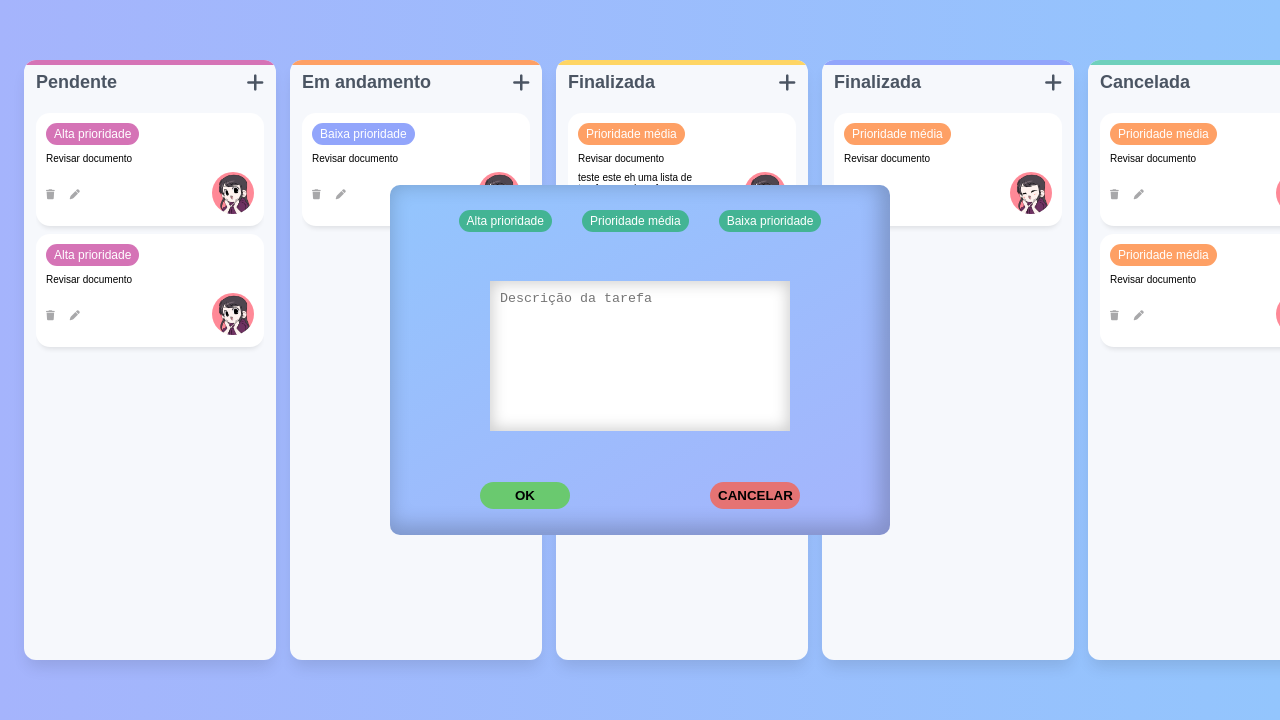
Repository: Marinalr-25/ProjetoToDoList
Page: index.html
An editor plug-in stored every save of this project. The page is shown before and after the next save, followed by the edit.
The browser window is 1280 px wide. The pictures show the whole page.
Some web fonts or font styles are not loaded; a fallback is used. Some web libraries are served in a nearby version.

Above is the page before, as saved 2024-11-01 11:59:14.

### index.html
<!DOCTYPE html>
<html lang="pt-BR">
  <head>
    <meta charset="UTF-8" />
    <meta name="viewport" content="width=device-width, initial-scale=1.0" />
    <link rel="preconnect" href="https://fonts.googleapis.com" />
    <link rel="preconnect" href="https://fonts.gstatic.com" crossorigin />
    <link
      href="https://fonts.googleapis.com/css2?family=Playpen+Sans:wght@100..800&family=Roboto:ital,wght@0,100;0,300;0,400;0,500;0,700;0,900;1,100;1,300;1,400;1,500;1,700;1,900&display=swap"
      rel="stylesheet"
    />
    <link
      rel="stylesheet"
      href="https://cdnjs.cloudflare.com/ajax/libs/font-awesome/6.6.0/css/all.min.css"
      integrity="sha512-Kc323vGBEqzTmouAECnVceyQqyqdsSiqLQISBL29aUW4U/M7pSPA/gEUZQqv1cwx4OnYxTxve5UMg5GT6L4JJg=="
      crossorigin="anonymous"
      referrerpolicy="no-referrer"
    />
    <link rel="stylesheet" href="css/style.css" />
    <title>Suas tarefas</title>
  </head>
  <body>
    <main class="kanban">
      <!-- coluna 1 -->
      <div class="kanban-column" data-id="1">
        <div class="kanban-title">
          <h2>Pendente</h2>
          <button class="add-card"><i class="fa-solid fa-plus"></i></button>
        </div>
        <div class="kanban-cards">
          <div class="kanban-card" draggable="true">
            <div class="badge high">
              <span>Alta prioridade</span>
            </div>
            <p class="card-title">Revisar documento</p>
            <div class="card-infos">
              <div class="card-icons">
                <p>
                  <i class="fa-solid fa-trash"></i>
                </p>
                <p>
                  <i class="fa-solid fa-pen"></i>
                </p>
              </div>
              <div class="user">
                <img src="images/iconePerfil1.png" alt="avatar1" />
              </div>
            </div>
          </div>
          <div class="kanban-card" draggable="true">
            <div class="badge high">
              <span>Alta prioridade</span>
            </div>
            <p class="card-title">Revisar documento</p>
            <div class="card-infos">
              <div class="card-icons">
                <p>
                  <i class="fa-solid fa-trash"></i>
                </p>
                <p>
                  <i class="fa-solid fa-pen"></i>
                </p>
              </div>
              <div class="user">
                <img src="images/iconePerfil1.png" alt="avatar1" />
              </div>
            </div>
          </div>
        </div>
      </div>
      <!-- coluna 2 -->
      <div class="kanban-column" data-id="2">
        <div class="kanban-title">
          <h2>Em andamento</h2>
          <button class="add-card"><i class="fa-solid fa-plus"></i></button>
        </div>
        <div class="kanban-cards">
          <div class="kanban-card" draggable="true">
            <div class="badge low">
              <span>Baixa prioridade</span>
            </div>
            <p class="card-title">Revisar documento</p>
            <div class="card-infos">
              <div class="card-icons">
                <p>
                  <i class="fa-solid fa-trash"></i>
                </p>
                <p>
                  <i class="fa-solid fa-pen"></i>
                </p>
              </div>
              <div class="user">
                <img src="images/iconePerfil2.png" alt="avatar2" />
              </div>
            </div>
          </div>
        </div>
      </div>
      <!-- coluna 3 -->
      <div class="kanban-column" data-id="3">
        <div class="kanban-title">
          <h2>Finalizada</h2>
          <button class="add-card"><i class="fa-solid fa-plus"></i></button>
        </div>
        <div class="kanban-cards">
          <div class="kanban-card" draggable="true">
            <div class="badge medium">
              <span>Prioridade média</span>
            </div>
            <p class="card-title">Revisar documento</p>
            <div class="card-infos">
              teste este eh uma lista de tarefas que devo fazer mas se caso tiver mais linhas oq fazer
              <div class="card-icons">
                <p>
                  <i class="fa-solid fa-trash"></i>
                </p>
                <p>
                  <i class="fa-solid fa-pen"></i>
                </p>
              </div>
              <div class="user">
                <img src="images/iconePerfil2.png" alt="avatar2" />
              </div>
            </div>
          </div>
        </div>
      </div>
      <!-- coluna 4 -->
      <div class="kanban-column" data-id="4">
        <div class="kanban-title">
          <h2>Finalizada</h2>
          <button class="add-card"><i class="fa-solid fa-plus"></i></button>
        </div>
        <div class="kanban-cards">
          <div class="kanban-card" draggable="true">
            <div class="badge medium">
              <span>Prioridade média</span>
            </div>
            <p class="card-title">Revisar documento</p>
            <div class="card-infos">
              <div class="card-icons">
                <p>
                  <i class="fa-solid fa-trash"></i>
                </p>
                <p>
                  <i class="fa-solid fa-pen"></i>
                </p>
              </div>
              <div class="user">
                <img src="images/iconePerfil2.png" alt="avatar2" />
              </div>
            </div>
          </div>
        </div>
      </div>
      <!-- coluna 5 -->
      <div class="kanban-column" data-id="5">
        <div class="kanban-title">
          <h2>Cancelada</h2>
          <button class="add-card"><i class="fa-solid fa-plus"></i></button>
        </div>
        <div class="kanban-cards">
          <div class="kanban-card" draggable="true">
            <div class="badge medium">
              <span id="propriedadeSelecionada">Prioridade média</span>
            </div>
            <p class="card-title">Revisar documento</p>
            <div class="card-infos">
              <div class="card-icons">
                <p>
                  <i class="fa-solid fa-trash"></i>
                </p>
                <p>
                  <i class="fa-solid fa-pen"></i>
                </p>
              </div>
              <div class="user">
                <img src="images/iconePerfil2.png" alt="avatar2" />
              </div>
            </div>
          </div>
          <div class="kanban-card" draggable="true">
            <div class="badge medium">
              <span id="propriedadeSelecionada">Prioridade média</span>
            </div>
            <p class="card-title">Revisar documento</p>
            <div class="card-infos">
              <div class="card-icons">
                <p>
                  <i class="fa-solid fa-trash"></i>
                </p>
                <p>
                  <i class="fa-solid fa-pen"></i>
                </p>
              </div>
              <div class="user">
                <img src="images/iconePerfil2.png" alt="avatar2" />
              </div>
            </div>
          </div>
        </div>
      </div>

      <div class="adicionando">
        <div class="opcoes">
          <div class="custom_radio">
            <input
              type="radio"
              name="prioridade"
              id="alta_prioridade"
              placeholder="Alta prioridade"
            />
            <label for="alta_prioridade">Alta prioridade</label>
          </div>
          <div class="custom_radio">
            <input
              type="radio"
              name="prioridade"
              id="media_prioridade"
              placeholder="Alta prioridade"
            />
            <label for="media_prioridade">Prioridade média </label>
          </div>
          <div class="custom_radio">
            <input
              type="radio"
              name="prioridade"
              id="baixa_prioridade"
              placeholder="Alta prioridade"
            />
            <label for="baixa_prioridade">Baixa prioridade</label>
          </div>
      </div>
      <div class="descricao">
        <textarea placeholder="Descrição da tarefa" name="caixa_texto" id="caixa_texto" class="caixa_texto"></textarea>
      </div>
      <div class="buttons">
        <button class=" botao okButton">Ok</button>
        <button class=" botao cancelarButton">Cancelar</button>
      </div>
    </main>
    <script src="javascript/script.js"></script>
  </body>
</html>

### css/style.css
* {
  padding: 0;
  margin: 0;
  box-sizing: border-box;
}

*::-webkit-scrollbar {
  width: 0.8rem;
}

*::-webkit-scrollbar-track {
  background-color: #eaeffa;
  border-radius: 0.8rem;
}
*::-webkit-scrollbar-thumb {
  background-color: #b7d3fb;
  border-radius: 2rem;
}

html {
  font-size: 62.5%;
}

body {
  font-family: 'Playpen Sans', sans-serif;
  min-height: 100vh;
  display: flex;
  justify-content: center;
  align-items: center;
  background: linear-gradient(90deg, #a5b4fc, #93c5fd);
}

.kanban {
  display: flex;
  gap: 1.4rem;
  padding: 2.4rem;
  width: 100%;
  height: 90vh;
  overflow-x: auto;
}

.kanban-column {
  display: flex;
  flex-direction: column;
  gap: 1.8rem;
  height: 100%;
  overflow-y: auto;
  background-color: #f6f8fc;
  border-radius: 1.2rem;
  box-shadow: 0 1rem 1.5rem -0.3rem rgba(0, 0, 0, 0.1);
  padding: 1.2rem;
  overflow: hidden;
  min-width: 25.2rem;
  position: relative;

  &::after {
    position: absolute;
    content: '';
    top: 0;
    left: 0;
    height: 0.5rem;
    width: 100%;
  }
  &[data-id='1']::after {
    background-color: #d573b6;
  }
  &[data-id='2']::after {
    background-color: #fea065;
  }
  &[data-id='3']::after {
    background-color: #fed565;
  }
  &[data-id='4']::after {
    background-color: #92a5fb;
  }
  &[data-id='5']::after {
    background-color: #6ed0bc;
  }
}

.kanban-title {
  display: flex;
  justify-content: space-between;

  & h2 {
    font-size: 1.8rem;
    color: #4b5563;
    font-weight: 600;
  }
}

.add-card {
  color: #4b5563;
  font-size: 2rem;
  background-color: transparent;
  cursor: pointer;
  border: none;
}

.kanban-cards {
  display: flex;
  flex-direction: column;
  gap: 0.8rem;
  height: 100%;
  overflow-x: hidden;
  overflow-y: auto;
}

.kanban-card {
  display: flex;
  flex-direction: column;
  gap: 0.8rem;
  background-color: #ffffff;
  padding: 1rem;
  border-radius: 1.4rem;
  box-shadow: 0 0.5rem 0.5rem -0.3rem rgba(0, 0, 0, 0.1);
  cursor: pointer;
}

.badge {
  color: #ffffff;
  width: fit-content;
  font-size: 1.2rem;
  padding: 0.4rem 0.8rem;
  border-radius: 1.2rem;

  &.high {
    background-color: #d573b6;
  }
  &.medium {
    background-color: #fea065;
  }
  &.low {
    background-color: #92a5fb;
  }
}

.dragging {
  opacity: 0.5;
}

.card-infos {
  display: flex;
  justify-content: space-between;
  align-items: center;
  gap: 0.8rem;
}
.card-icons {
  display: flex;
  gap: 1.5rem;
  & i {
    color: #a8a8aa;
  }
}

.cards-hover {
  background-color: #eaeffa;
  border-radius: 0.8rem;
}

.user img {
  width: 4.2rem;
  height: 4.2rem;
  border-radius: 100%;
  object-fit: cover;
}

.adicionando {
  padding: 2rem;
  display: flex;
  flex-direction: column;
  justify-content: space-between;
  gap: 3.5rem;
  position: fixed;
  top: 50%;
  left: 50%;
  transform: translate(-50%, -50%);
  width: 50rem;
  height: 35rem;
  border-radius: 1rem;
  box-shadow: inset -0.5rem -0.5rem 2rem 0.5rem rgba(0, 0, 0, 0.2);
  background: linear-gradient(150deg, #93c5fd, #a5b4fc);
}

.opcoes {
  display: flex;
  justify-content: center;
  gap: 2rem;
}

.custom_radio input[type='radio'] {
  display: none;
}

.custom_radio label {
  display: inline-block;
  margin: 0.5rem;
  cursor: pointer;
  transition: all 0.2s ease;
  background-color: #43b494;
  color: #ffffff;
  width: fit-content;
  font-size: 1.2rem;
  padding: 0.4rem 0.8rem;
  border-radius: 1.2rem;
}

.custom_radio input[type='radio']:checked + label {
  box-shadow: 0 0.5rem 0.5rem 0.2rem rgba(0, 0, 0, 0.2);
}

label:hover {
  transform: scale(1.1);
}

#alta_prioridade:checked + label {
  background-color: #d573b6; /* Vermelho para alta prioridade */
}

#media_prioridade:checked + label {
  background-color: #fea065; /* Amarelo para média prioridade */
}

#baixa_prioridade:checked + label {
  background-color: #92a5fb; /* Verde para baixa prioridade */
}

.custom-radio input[type='radio']:checked {
  transform: scale(1.1);
}

.descricao {
  display: flex;
  justify-content: center;
}
.caixa_texto {
  width: 30rem;
  height: 15rem;
  padding: 1rem;
  border: 0;
  resize: none;
  box-shadow: inset 0 0 1.5rem 0.2rem #00000033;
}

.caixa_texto::placeholder {
  text-align: start;
}

.caixa_texto:focus {
  outline: none;
  box-shadow: inset 0 0 1.5rem 0.2rem transparent;
  border: 2px solid #998fe8;
}

.buttons {
  display: flex;
  justify-content: space-around;
  height: 4rem;
  align-items: center;
}

.botao {
  text-transform: uppercase;
  font-weight: 600;
  border: 0;
  border-radius: 5rem;
  padding: 0.6rem 0.8rem;
  width: 9rem;
  box-shadow: 0 0.5rem 0.5rem 0.2rem rgba(0, 0, 0, 0.2);
}

.okButton {
  background-color: #6ac96f;
  box-shadow: inset 0 0.5rem 0.5rem 0.2rem transparent;
  transition: all 0.3s ease;
  &:hover {
    box-shadow: inset 0.2rem -0.5rem 1rem 0.1rem #52b957;
    transform: scale(1.1);
  }
}
.cancelarButton {
  background-color: #e57373;
  box-shadow: inset 0 0.5rem 0.5rem 0.2rem transparent;
  transition: all 0.3s ease;
  &:hover {
    box-shadow: inset 0.2rem -0.5rem 1rem 0.1rem #d63d3d;
    transform: scale(1.1);
  }
}

### javascript/script.js
document.addEventListener('DOMContentLoaded', function () {
  const cards = document.querySelectorAll('.kanban-card');
  const colunas = document.querySelectorAll('.kanban-cards');
  const mais = document.querySelectorAll('.fa-solid.fa-plus');
  const cancelar = document.querySelector('.cancelarButton');
  const ok = document.querySelector('.okButton');
  const adicionando = document.querySelector('.adicionando');
  const textarea = document.querySelector('.caixa_texto');
  const kanbanCards = document.querySelector('.kanban-cards');

  let dragCard = null;

  function addDragEvents(card) {
    card.addEventListener('dragstart', (e) => {
      dragCard = card;
      e.currentTarget.classList.add('dragging');
    });
    card.addEventListener('dragend', (e) => {
      e.currentTarget.classList.remove('dragging');
      dragCard = null;
    });
  }
  cards.forEach((card) => addDragEvents(card));

  colunas.forEach((coluna) => {
    coluna.addEventListener('dragover', (e) => {
      e.preventDefault();
      e.currentTarget.classList.add('cards-hover');
    });
    coluna.addEventListener('dragleave', (e) => {
      e.currentTarget.classList.remove('cards-hover');
    });
    coluna.addEventListener('drop', (e) => {
      e.preventDefault();
      e.currentTarget.classList.remove('cards-hover');
      if (dragCard) {
        e.currentTarget.appendChild(dragCard);
      }
    });
  });

  const radios = document.querySelectorAll('input[name="prioridade"]');

  radios.forEach((radio) => {
    radio.addEventListener('change', () => {
      if (radio.checked) {
        const selecionadoPrioridade = radio.nextElementSibling.textContent;
      }
    });
  });

  mais.forEach((adicionar) => {
    adicionar.addEventListener('click', function () {
      adicionando.style.display = 'flex';
    });
  });

  textarea.addEventListener('blur', function () {
    const textareavalue = this.value;
    console.log(textareavalue);
  });

  ok.addEventListener('click', function () {
    const novoCard = document.createElement('div');
    novoCard.className = 'kanban-card';
    novoCard.draggable = true;

    novoCard.innerHTML = `
        <div class="badge medium">
            <span>outro teste</span>
        </div>
        <p class="card-title">teste</p>
        <div class="card-infos">
            <div class="card-icons">
                <p>
                    <i class="fa-solid fa-trash"></i>
                </p>
                <p>
                    <i class="fa-solid fa-pen"></i>
                </p>
            </div>
            <div class="user">
                <img src="images/iconePerfil2.png" alt="avatar2" />
            </div>
        </div>
    `;

    kanbanCards.append(novoCard);
    addDragEvents(novoCard);

    adicionando.style.display = 'none';
  });

  cancelar.addEventListener('click', function () {
    adicionando.style.display = 'none';
  });
});

After the next save:
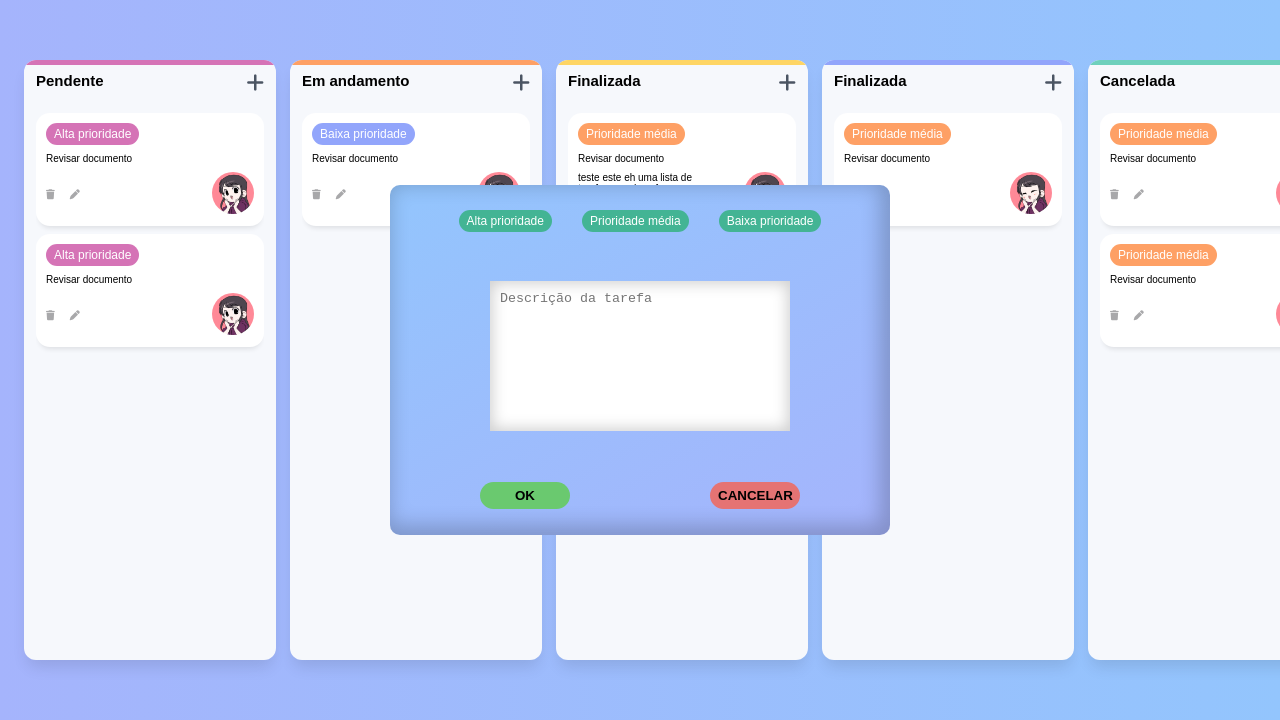
Saved 35 s later.
--- a/css/style.css
+++ b/css/style.css
@@ -82,7 +82,7 @@
   display: flex;
   justify-content: space-between;
 
-  & h2 {
+  & p {
     font-size: 1.8rem;
     color: #4b5563;
     font-weight: 600;

After the save that followed:
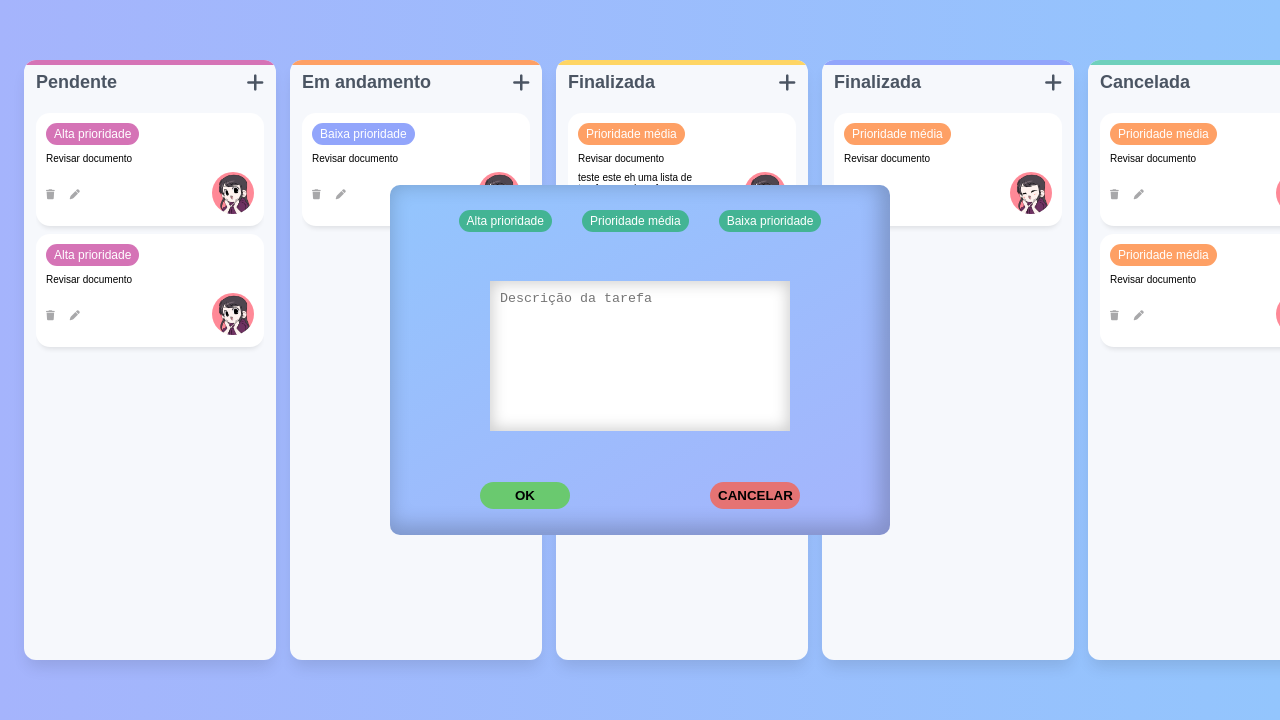
Saved 6 s later.
--- a/css/style.css
+++ b/css/style.css
@@ -82,7 +82,7 @@
   display: flex;
   justify-content: space-between;
 
-  & p {
+  & h2 {
     font-size: 1.8rem;
     color: #4b5563;
     font-weight: 600;
